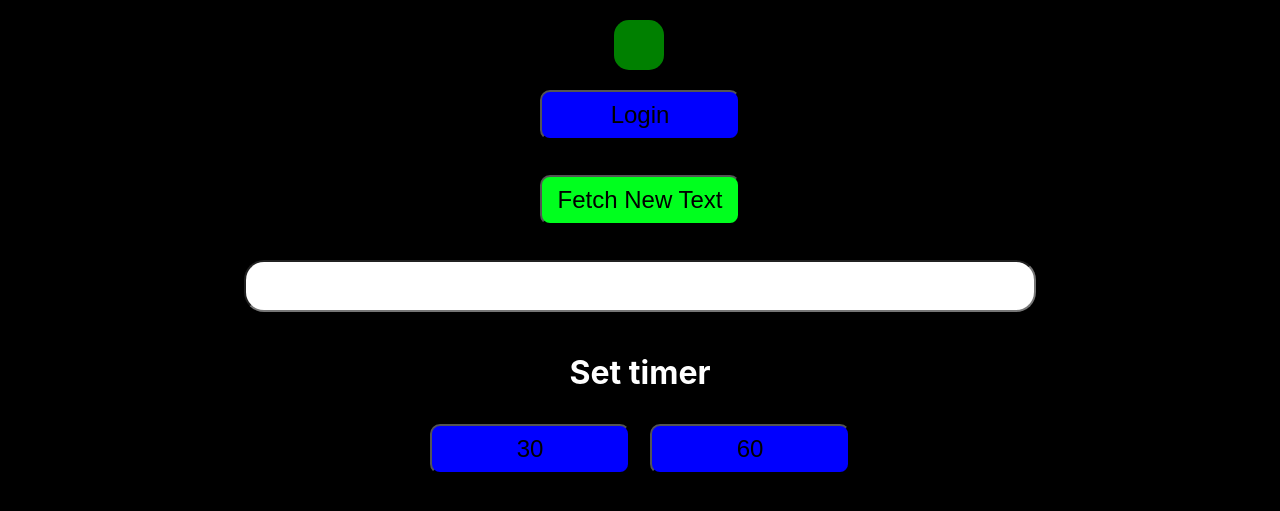
Repository: abhaysharma20233009/swiftKey
Page: / (app in frontend/my-app/)
The author's editor kept a copy of each file at every save. The page is drawn from the files as they stood at one save, then again after the next save.
The browser window is 1280 px wide. The pictures show the whole page.
The page's requests for data from a server got no answer. The project was rebuilt for these pictures with package versions that can differ from the ones it lists, and the page was loaded fresh each time. No one was signed in, and anything a server would have sent is missing. Also part of the build but not shown: frontend/my-app/src/Results.js, frontend/my-app/src/Login.js.

Above is the page before, as saved 2024-10-10 20:39:36.

### frontend/my-app/src/App.js
//App.js

import './App.css';
import React from 'react';
import { BrowserRouter as Router, Route, Routes } from 'react-router-dom';
import Swift from './Swifts';
import Results from './Results';
import Login from './Login';
const App = () => {
    return (
        <Router>
			<div className="App">
            <Routes>
                <Route path="/" element={<Swift />} />
                <Route path="/results" element={<Results />} />
                <Route path="/login" element={<Login />} />
            </Routes>
			</div>
        </Router>
    );
};

export default App;

### frontend/my-app/src/App.css
.App {
  text-align: center;
  color:white;
}

body{
  background-color:black;
}

.log{
  color:black;
  margin-left: 10px;
  margin-right: 10px;
  background-color: blue;
  border-radius: 10px;
  height:50px;
  width:200px;
  justify-self: end;
  font-size: x-large;
  margin-top:10px;
  margin-bottom:25px;
}




.in{
  border-radius:20px;
  font-size: 24px;
  width: 60%;
  padding: 10px;
  margin: 10px 0;
}

.hea{
  margin-top: 50px;
  margin-bottom:20px;
  margin-left:25%;
  background-color: lightgray;
  font-size: 24px;
  background-color:rgb(0, 128, 9);
  width:50%;
  height:50px;
  border-radius:30px;
  text-align: center;
}

.lo{
  text-align:center;
}
.Timer{
  height:50px;
  font-size:30px;
  margin-bottom: 10px;
  background-color:green;
  width:50px;
  margin-left:48%;
  border-radius: 15px;
}

.form{
  font-size: 30px;
  margin-top:80px;
  padding:5px;
  background:linear-gradient(150deg,pink,blue,red,green);
  background-color:rgb(169, 90, 63);
  width:60%;
  border-radius:20px;
  margin-left:20%;
}

.logs{
  color:black;
  margin-left: 10px;
  margin-right: 10px;
  background-color: rgb(0, 255, 30);
  border-radius: 10px;
  height:50px;
  width:200px;
  justify-self: end;
  font-size: x-large;
  margin-top:10px;
  margin-bottom:25px;
}

### frontend/my-app/src/Swifts.js
import React, { useState, useEffect } from 'react';
import { useNavigate, useLocation } from 'react-router-dom';

function Swifts() {
    const [message, setMessage] = useState('');
    const [inputValue, setInputValue] = useState('');
    const [currentWordIndex, setCurrentWordIndex] = useState(0);
    const [time, setTime] = useState(0);
    const navigate = useNavigate();
    const location = useLocation();
    const [countdown, setCountdown] = useState(null);
    const  [wordTyped,setWordTyped]=useState(0);

    // Retrieve username from location state

    const username = location.state?.username || '';
   const email=location.state?.email || '';
    const fetchMessages = async () => {
        try {
            const response = await fetch('http://localhost:7000/random-paragraph');
            const data = await response.json();
            if (data && typeof data === 'string') {
                setMessage(data);
                setInputValue('');
                setCurrentWordIndex(0);
            } else {
                console.error('Invalid data format:', data);
            }
        } catch (error) {
            console.error('Error fetching messages:', error);
        }
    };

    useEffect(() => {
        fetchMessages();
    }, []);



    const handleInputChange = (e) => {
        const value = e.target.value;
        setInputValue(value);

        const words = message.split(' ');
        const currentWord = words[currentWordIndex];

        if (currentWord && currentWord.startsWith(value.trim())) {
            if (value.trim() === currentWord) {
                setCurrentWordIndex((prevIndex) => prevIndex + 1);
                setInputValue('');
            }
        }
    };

    useEffect(() => {
        if (time > 0) {
            setCountdown(time); // Set countdown to the selected time
        }
    }, [time]);

    useEffect(() => {
        if (countdown > 0) {
            const timer = setInterval(() => {

                setCountdown((prev) => prev - 1);
            }, 1000);

            return () => clearInterval(timer);
        }
    }, [countdown]);
    useEffect(() => {
        if (time > 0) {
            setWordTyped(currentWordIndex*60/time);
            const timer = setTimeout(() => {
                navigate('/results', { state: { wordTyped, username ,email} });
            }, time * 1000);

            return () => clearTimeout(timer);
        }
    }, [time,currentWordIndex, wordTyped, navigate, username ,email]);
    const words = message.split(' ');
    const currentWord = words[currentWordIndex] || '';

    return (
        <div style={{ textAlign: 'center', marginTop: '20px' }}>
              <div class="Timer">{countdown}</div>
            {username && <h2>Welcome, {username}!</h2>}
            <button className="log" onClick={() => navigate('/login')}>Login</button>
            {/* <button className="log" onClick={()=>logout(username,email)}>Logout</button> */}
            <br />
            <button className="logs" onClick={fetchMessages}>Fetch New Text</button>
            <br />
            <input
                className='in'
                type="text"
                value={inputValue}
                onChange={handleInputChange}
                placeholder={currentWord.slice(inputValue.length)}
            />
            <div className="lo">
                <div style={{ fontSize: '24px', marginTop: '10px', textAlign: 'center', display: 'flex', flexWrap: 'wrap' }}>
                    {words.map((word, index) => {
                        const isCurrentWord = index === currentWordIndex;
                        const isTypedWord = index < currentWordIndex;

                        return (
                            <span
                                key={index}
                                style={{
                                    padding: '0 5px',
                                    color: isCurrentWord ? 'blue' : (isTypedWord ? 'gray' : 'white'),
                                    textDecoration: isTypedWord ? 'line-through' : 'none',
                                }}
                            >
                                {word}
                            </span>
                        );
                    })}
                </div>
            </div>
            <h1>Set timer</h1>
            <button className="log" onClick={() => setTime(30)}>30</button>
            <button className="log" onClick={() => setTime(60)}>60</button>


        </div>
    );
}

export default Swifts;

Loaded but not shown: frontend/my-app/public/index.html (common file); frontend/my-app/src/index.js (common file); frontend/my-app/src/index.css (common file); frontend/my-app/src/reportWebVitals.js (common file)

After the next save:
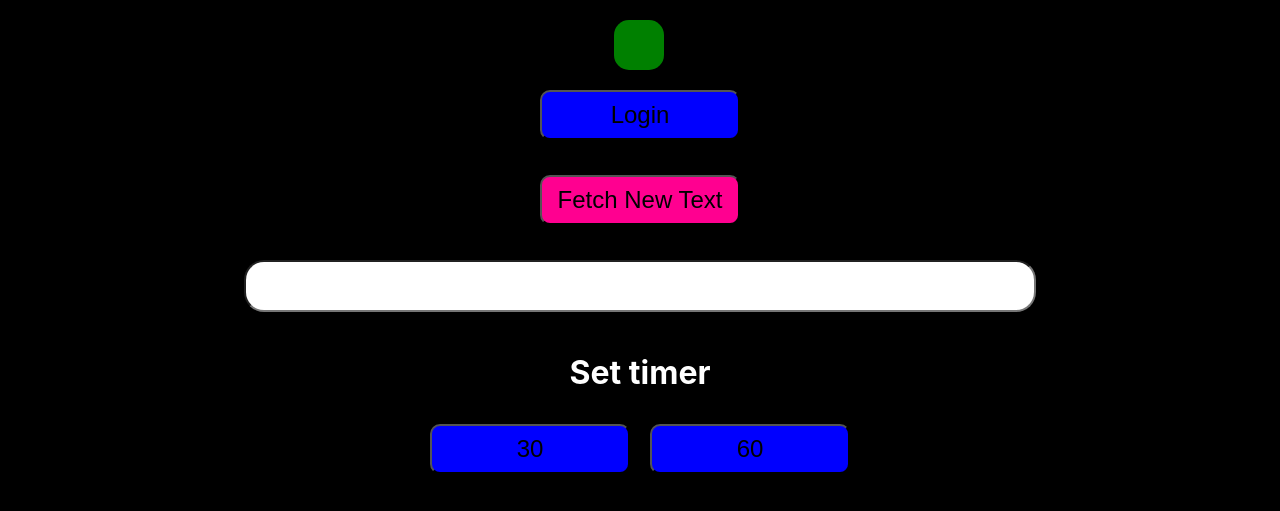
Saved 11 s later.
--- a/frontend/my-app/src/App.css
+++ b/frontend/my-app/src/App.css
@@ -73,7 +73,7 @@ body{
   color:black;
   margin-left: 10px;
   margin-right: 10px;
-  background-color: rgb(0, 255, 30);
+  background-color: rgb(255, 0, 144);
   border-radius: 10px;
   height:50px;
   width:200px;
